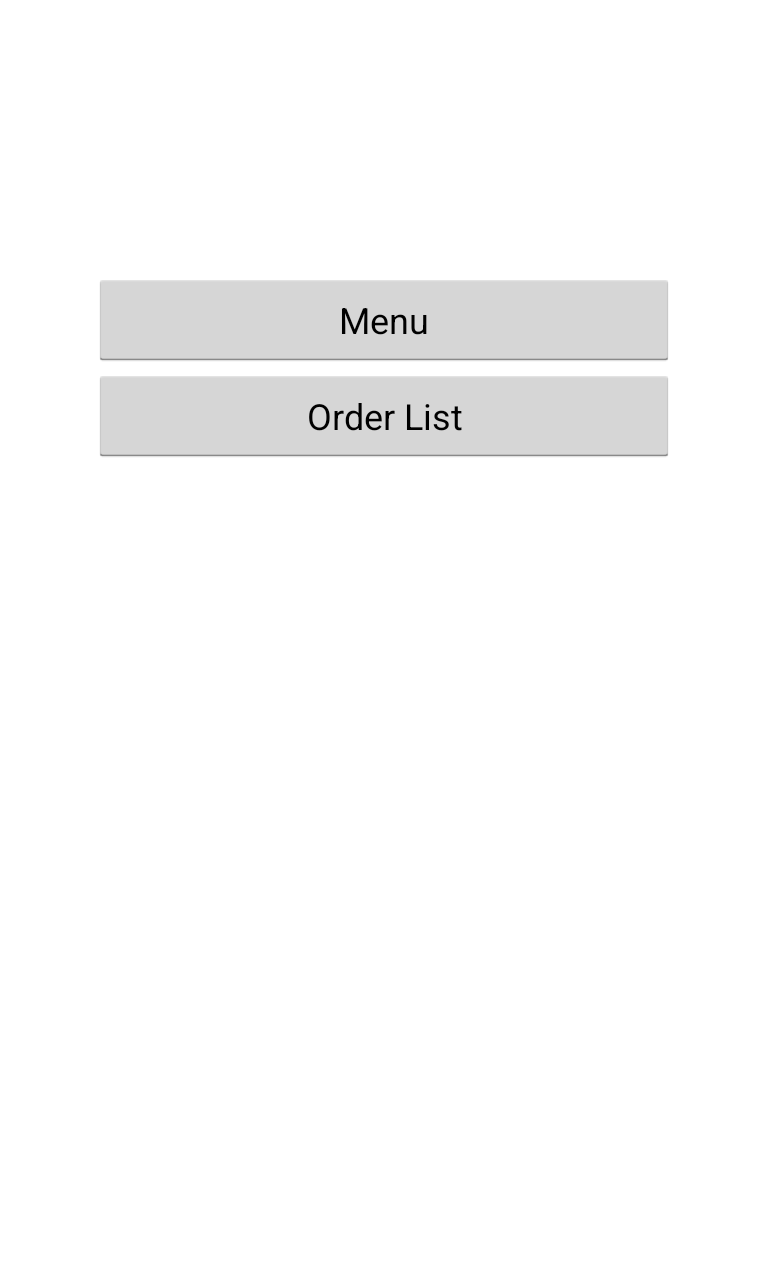
Repository: erenerdogan/ERMS
Layout: ERMSMobile/ERMS/res/layout/activity_main.xml
An editor plug-in stored every save of this project. The layout is shown before and after the next save, followed by the edit.
It is drawn on a 768 x 1280 px phone screen (xhdpi) without system bars, with theme AppTheme; the app's code is not run.

Above is the layout before, as saved 2013-12-21 15:36:38.

### ERMSMobile/ERMS/res/layout/activity_main.xml
<RelativeLayout xmlns:android="http://schemas.android.com/apk/res/android"
    xmlns:tools="http://schemas.android.com/tools"
    android:layout_width="match_parent"
    android:layout_height="match_parent"
    android:paddingBottom="@dimen/activity_vertical_margin"
    android:paddingLeft="@dimen/activity_horizontal_margin"
    android:paddingRight="@dimen/activity_horizontal_margin"
    android:paddingTop="@dimen/activity_vertical_margin"
    tools:context=".MainActivity" >

    <Button
        android:id="@+id/menubtn"
        android:layout_width="fill_parent"
        android:layout_height="wrap_content"
        android:layout_alignParentLeft="true"
        android:layout_alignParentTop="true"
        android:layout_marginLeft="30dp"
        android:layout_marginRight="30dp"
        android:layout_marginTop="120dp"
        android:text="Menu" />

    <Button
        android:id="@+id/orderbtn"
        android:layout_width="fill_parent"
        android:layout_height="wrap_content"
        android:layout_below="@+id/menubtn"
        android:layout_marginLeft="30dp"
        android:layout_marginRight="30dp"
        android:text="Order List" />

</RelativeLayout>

Loaded but not shown: ERMSMobile/ERMS/res/values/styles.xml (common file); ERMSMobile/ERMS/res/values-v11/styles.xml (common file); ERMSMobile/ERMS/res/values-v14/styles.xml (common file); ERMSMobile/ERMS/res/values/dimens.xml (common file)

After the next save:
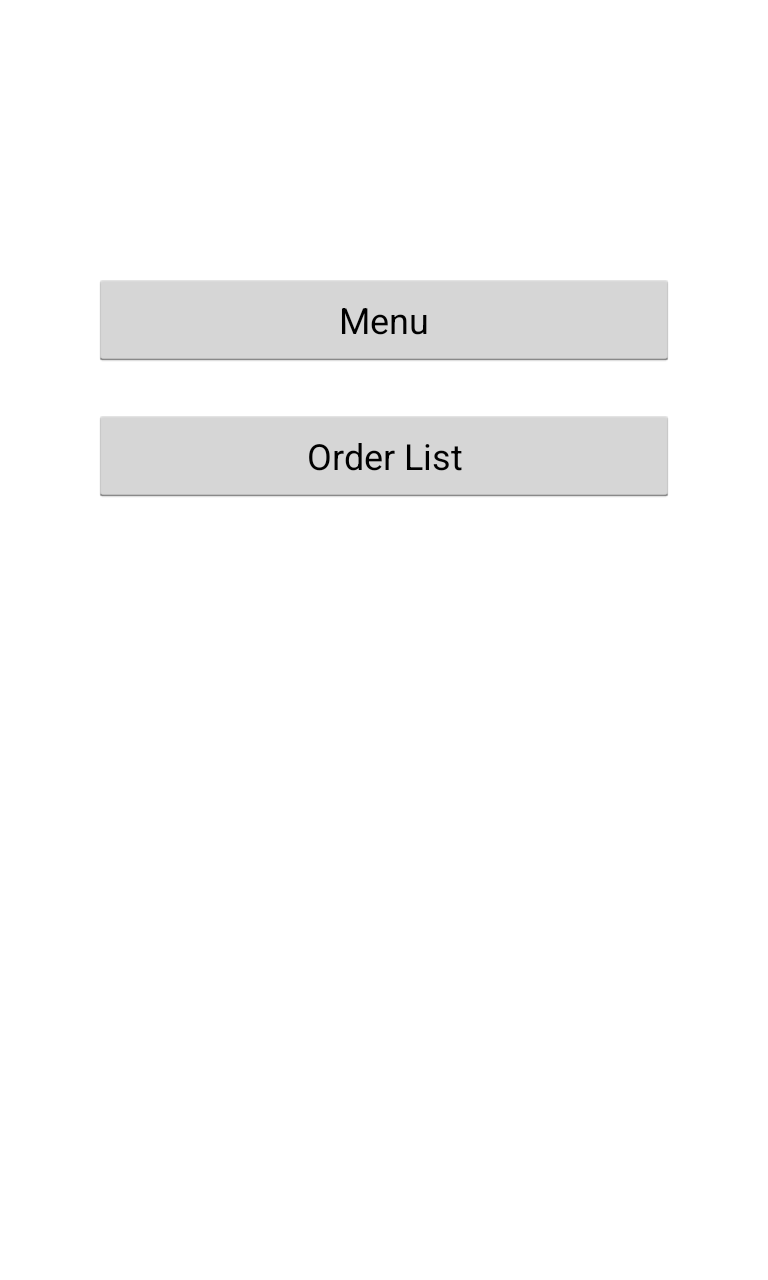
Saved 33 s later.
--- a/ERMSMobile/ERMS/res/layout/activity_main.xml
+++ b/ERMSMobile/ERMS/res/layout/activity_main.xml
@@ -24,6 +24,7 @@
         android:layout_width="fill_parent"
         android:layout_height="wrap_content"
         android:layout_below="@+id/menubtn"
+        android:layout_marginTop="20dp"
         android:layout_marginLeft="30dp"
         android:layout_marginRight="30dp"
         android:text="Order List" />
